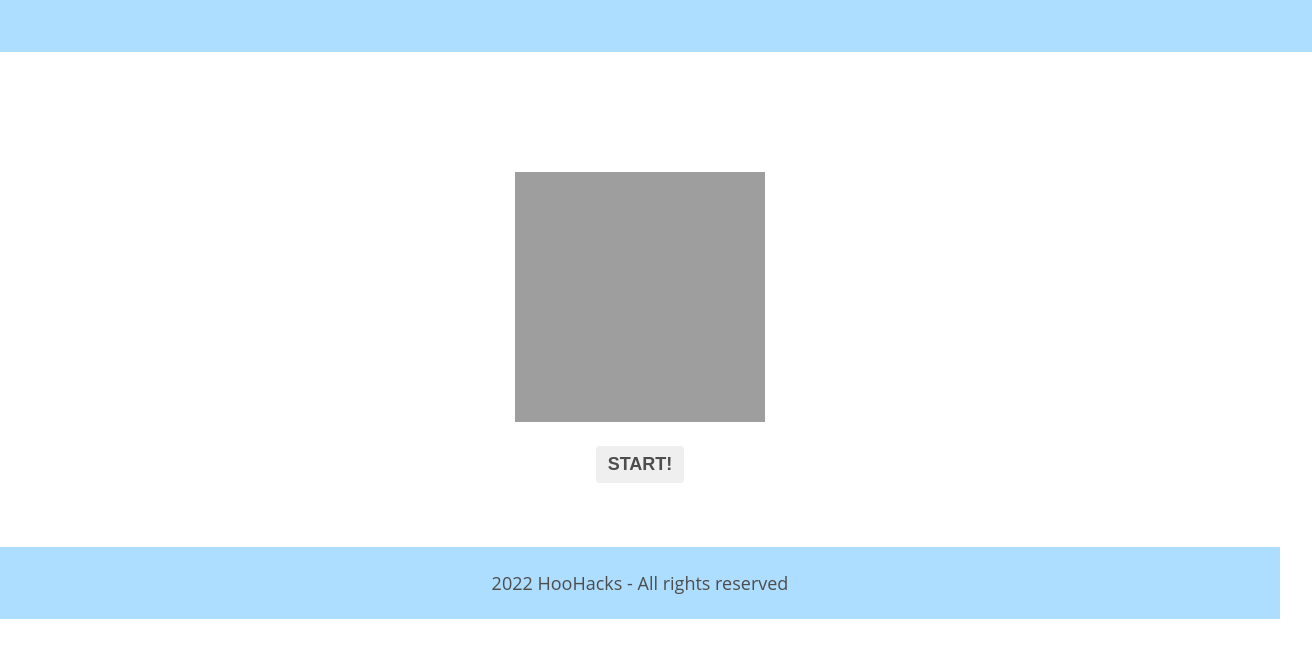
Repository: jennyjjung/H2ODaily
Page: index.html
An editor plug-in stored every save of this project. The page is shown before and after the next save, followed by the edit.
The browser window is 1280 px wide. The page is 1312 px wide, so the pictures cover 1312 px, including what lies to the right of the window. The pictures show the whole page.
Pictures or frames that could not be fetched are drawn as grey boxes.

Above is the page before, as saved 2022-03-26 14:57:35.

After the next save:
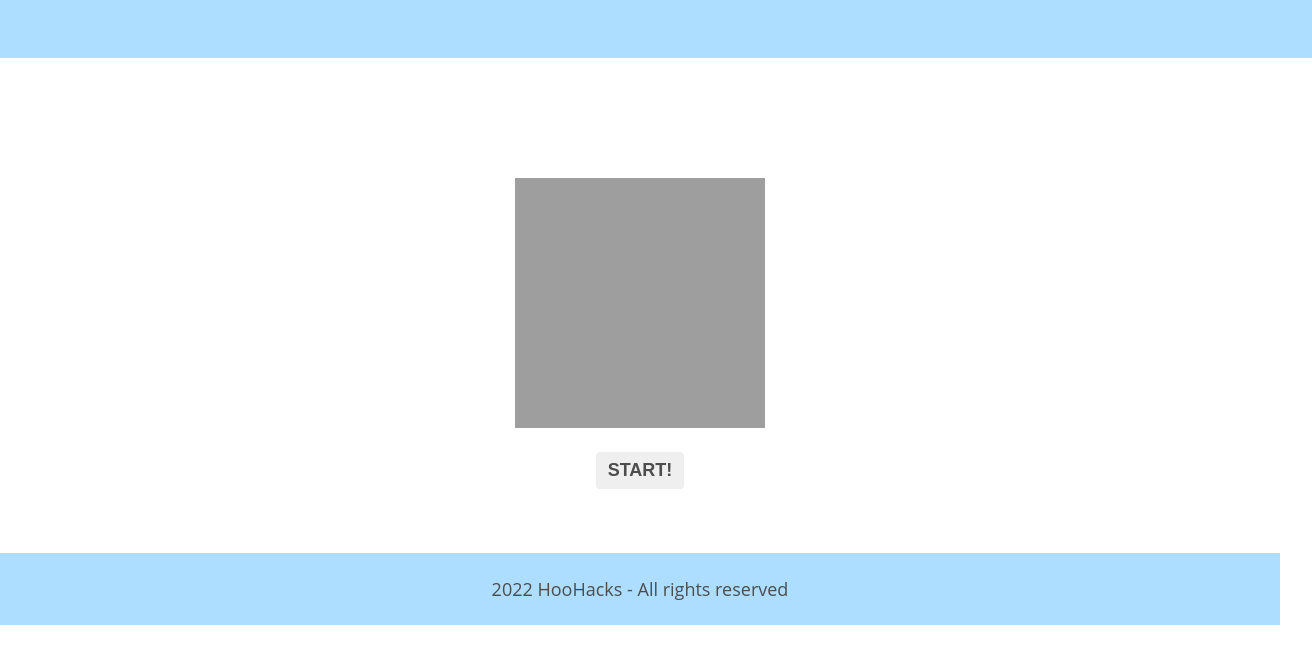
Saved 6 s later.
--- a/style.css
+++ b/style.css
@@ -36,7 +36,7 @@ p {
 /* Navbar */
 #navbar {
   width: 100%;
-  height: 20px;
+  height: 26px;
   background-color: var(--color-blue);
   padding: 16px;
 }
